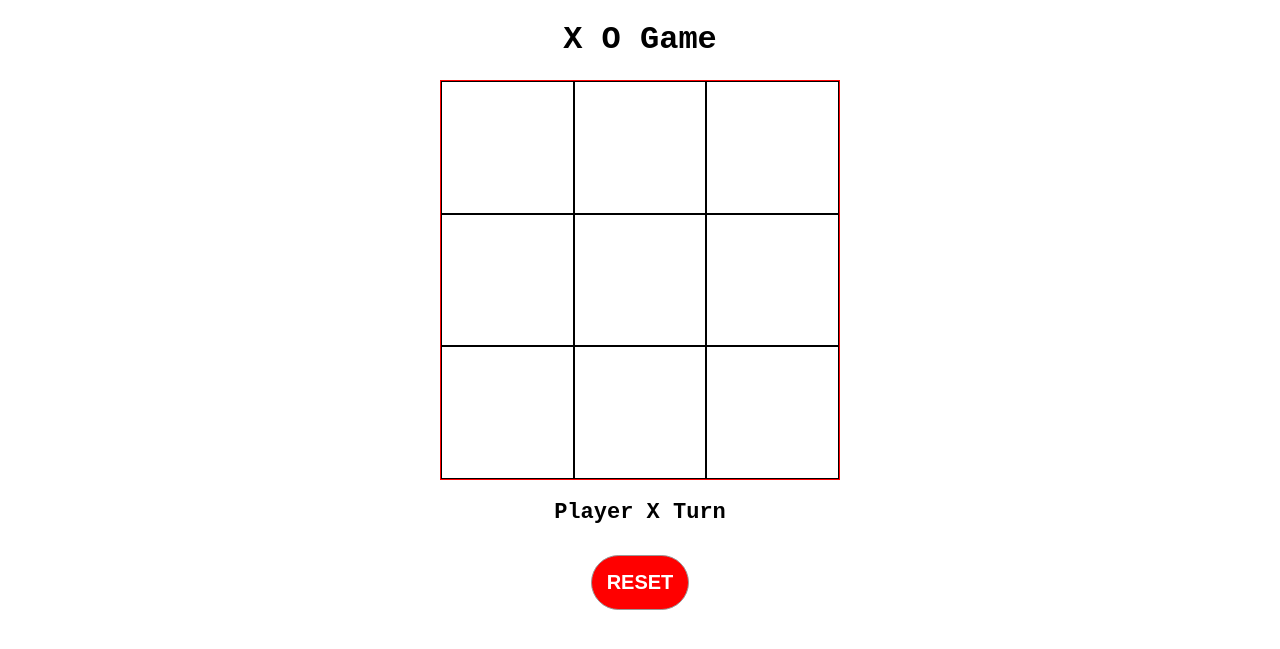
Repository: abdelrahman-ahmed-nassar/javascript-games
Page: my_x-o/index.html
The author's editor kept a copy of each file at every save. The page is drawn from the files as they stood at one save, then again after a run of saves.
The browser window is 1280 px wide. The pictures show the whole page.

Above is the page before, as saved 2024-07-27 23:28:02.
Console error (its wording comes from the project's code and is left out).

After the next 3 saves:
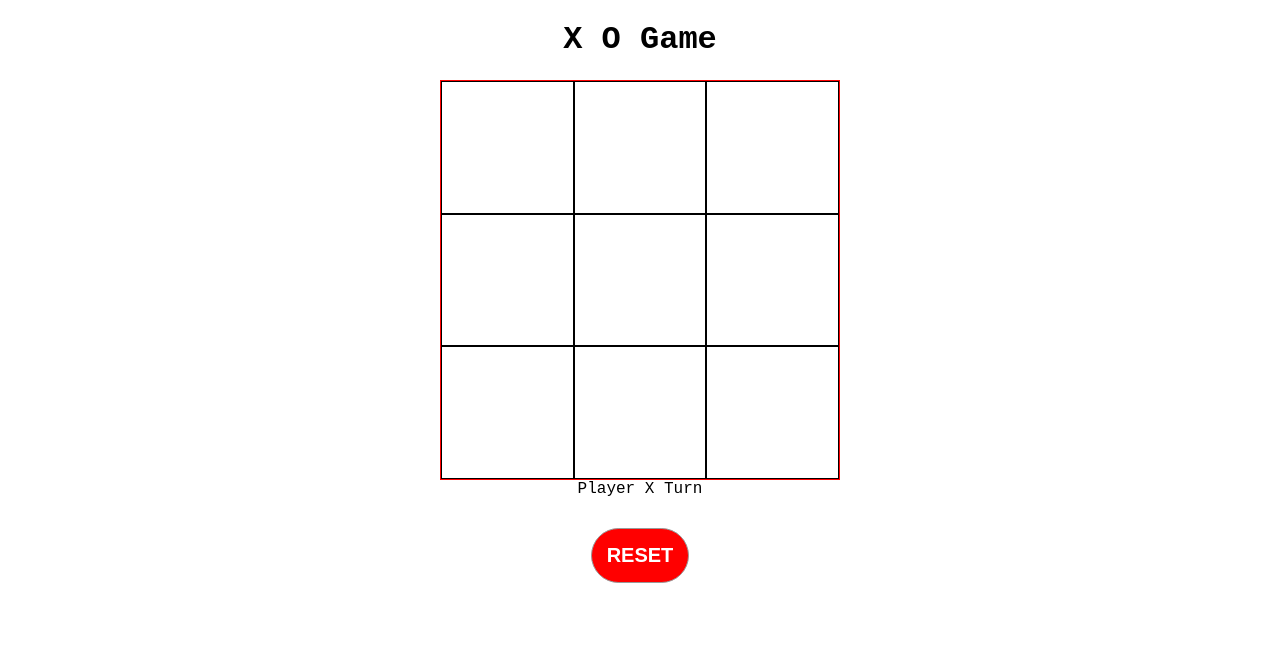
The 3 saves are shown as one change because they came seconds apart.
The last was saved 17 s later.
--- a/my_x-o/index.html
+++ b/my_x-o/index.html
@@ -20,7 +20,7 @@
     <div class="box box-7" data-num="7"></div>
     <div class="box box-8" data-num="8"></div>
   </div>
-  <div class="current-player">Player <span id="active-player">x</span> Turn</div>
+  <div class="player-text">Player <span id="active-player">x</span> Turn</div>
   <button id="reset-btn" type="button">RESET</button>
 </body>
 </html>

After the 2 saves that followed:
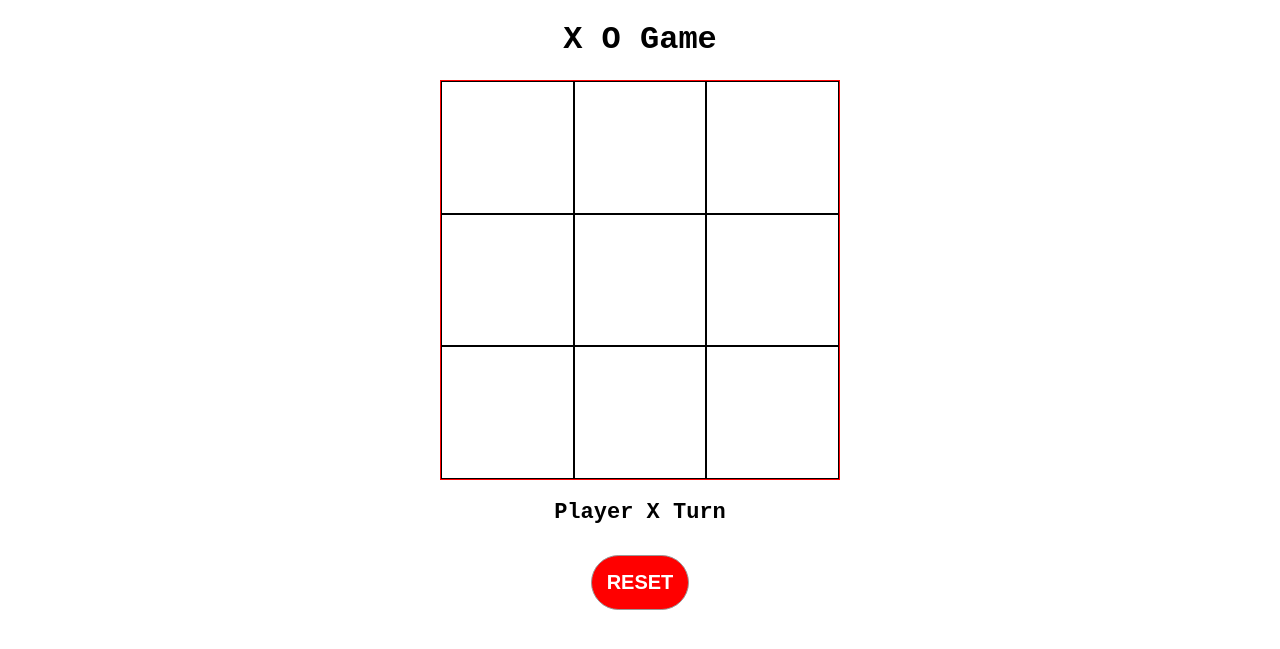
The 2 saves are shown as one change because they came seconds apart.
The last was saved 9 s later.
--- a/my_x-o/style.css
+++ b/my_x-o/style.css
@@ -30,7 +30,7 @@ body {
   cursor: pointer;
 }
 
-.current-player {
+.player-text {
   margin-top: 20px;
   font-size: 22px;
   font-weight: bold;
